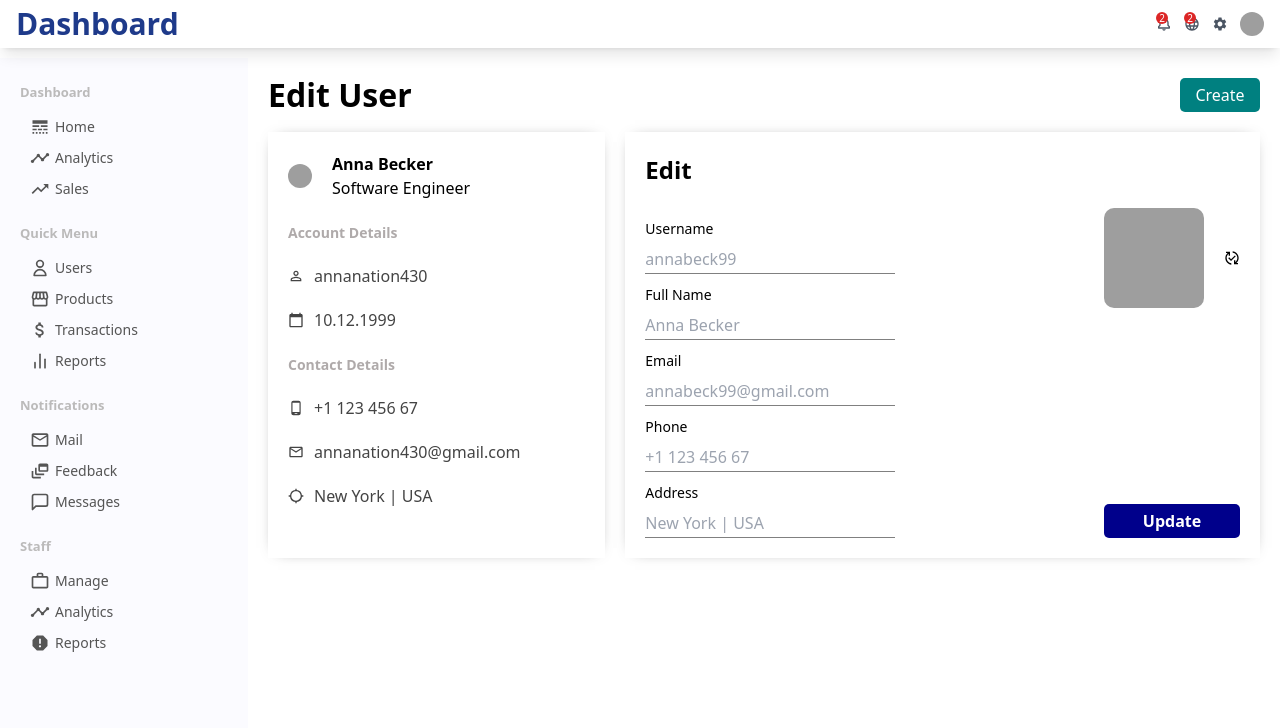
Repository: nation430/React-AdminDashboard
Page: /user/1
An editor plug-in stored every save of this project. The page is shown before and after the next save, followed by the edit.
The browser window is 1280 px wide. The pictures show the whole page.
Pictures or frames that could not be fetched are drawn as grey boxes. The project was rebuilt for these pictures with package versions that can differ from the ones it lists, and the page was loaded fresh each time. Also part of the build but not shown: src/pages/home/home.css, src/components/featuredInfo/featuredInfo.css, src/components/featuredInfo/FeaturedInfo.jsx, src/components/chart/chart.css, src/components/chart/Chart.jsx, src/dummyData.js, src/components/widgetSm/widgetSm.css, src/components/widgetSm/WidgetSm.jsx and 5 more.

Above is the page before, as saved 2022-08-31 11:37:14.

After the next save:
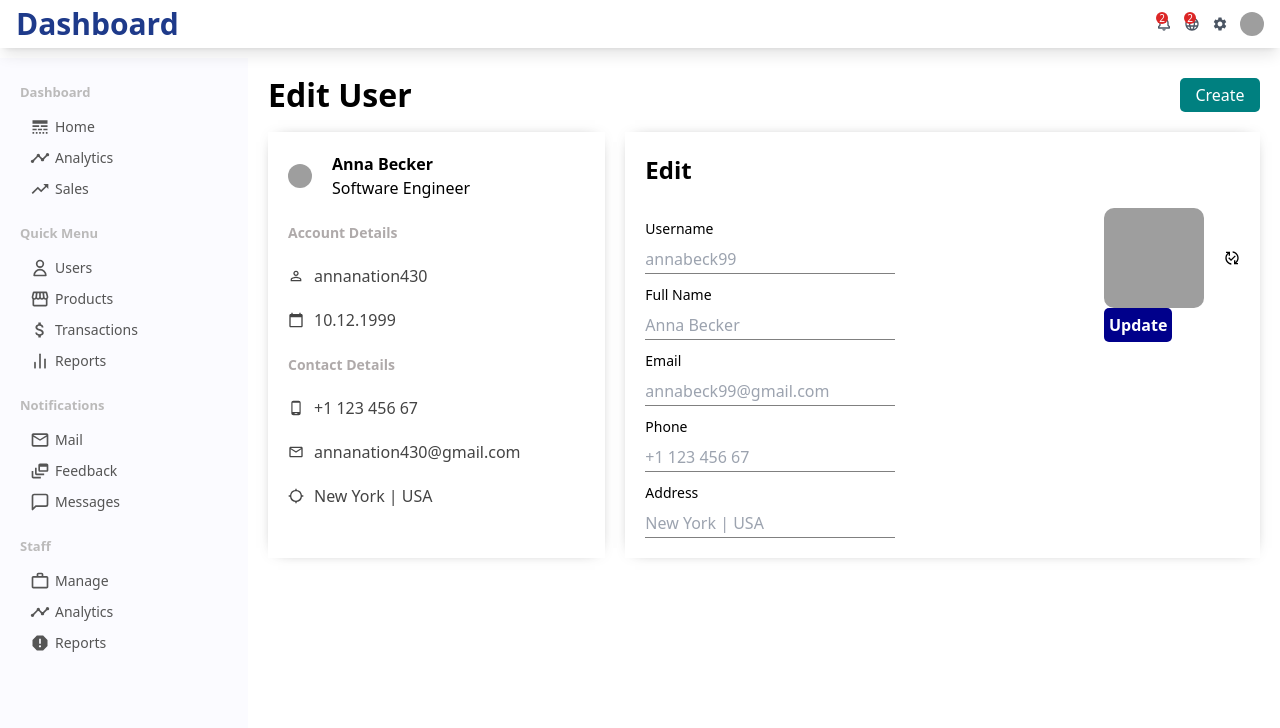
Saved 66 s later.
--- a/src/pages/home/user/user.css
+++ b/src/pages/home/user/user.css
@@ -94,9 +94,9 @@
 }
 
 .userUpdateRight{
-  display: flex;
+
   flex-direction: column;
-  justify-content: space-between;
+
 }
 
 .userUpdateUpload{

After the save that followed:
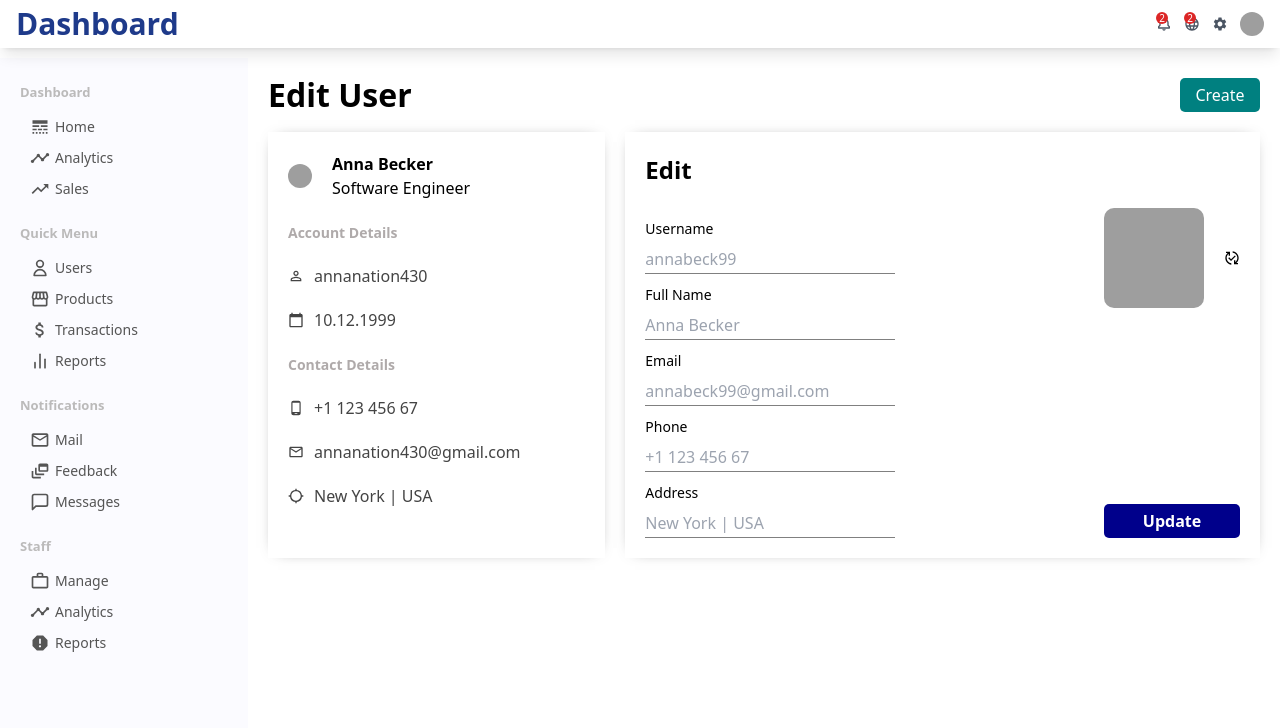
Saved 2 s later.
--- a/src/pages/home/user/User.jsx
+++ b/src/pages/home/user/User.jsx
@@ -93,7 +93,7 @@ export default function User(){
                 />
               </div>
             </div>
-            <div className="userUpdateRight">
+            <div className="userUpdateRight flex justify-between">
               <div className="userUpdateUpload">
                 <img
                   className="userUpdateImg"
